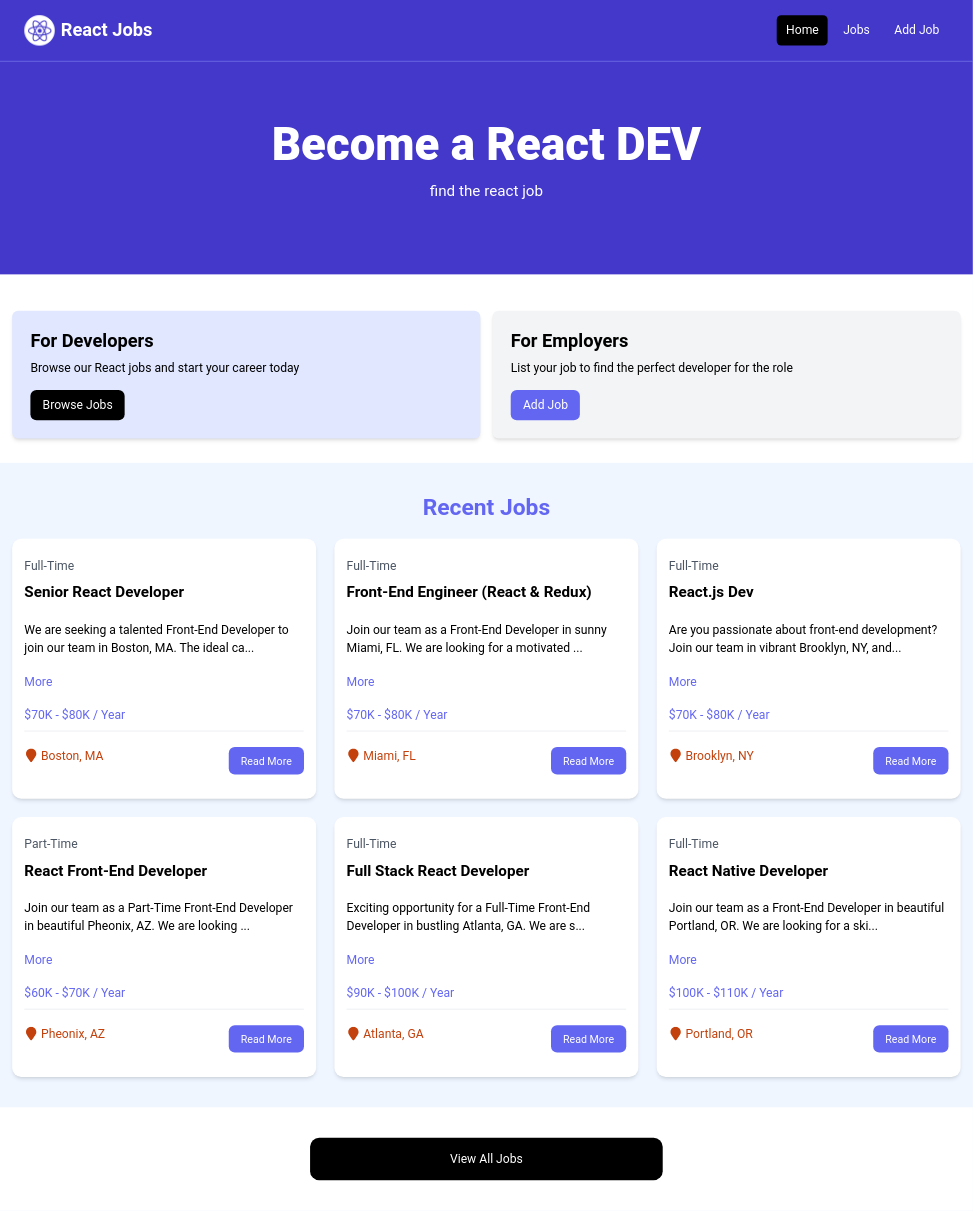
Repository: Geohot-2020/React_setup
Page: / (app in react-crash-2024/)
These files come from the project's save history. The page is drawn as it stood at one moment and after the next save; the edit follows.
The browser window is 1280 px wide. The pictures show the whole page, at 76% of full size.
The page's requests for data from a server got no answer. The project was rebuilt for these pictures with package versions that can differ from the ones it lists, and the page was loaded fresh each time. No one was signed in, and anything a server would have sent is missing. Requests to the local data server were answered from the project's data file. Also part of the build but not shown: react-crash-2024/vite.config.js, react-crash-2024/src/pages/JobsPage.jsx, react-crash-2024/src/pages/NotFoundPage.jsx.

Above is the page before, as saved 2024-11-13 19:34:53.

After the next save:
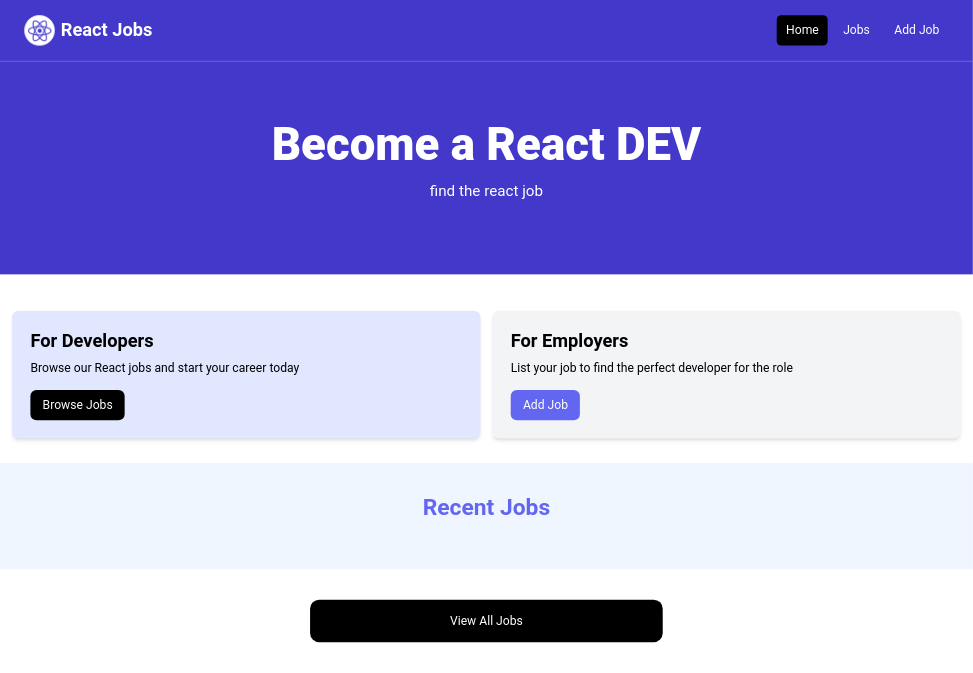
Saved 20 s later.
--- a/react-crash-2024/src/components/JobListings.jsx
+++ b/react-crash-2024/src/components/JobListings.jsx
@@ -15,7 +15,7 @@ const JobListings = ({ isHome = false }) => {
                 ? '/api/jobs?_limit=3'
                 : 'api/jobs';
             try {
-                const res = await fetch('http://localhost:8000/jobs');
+                const res = await fetch(apiUrl);
                 const data = await res.json();
                 setJobs(data);
             } catch (error) {
